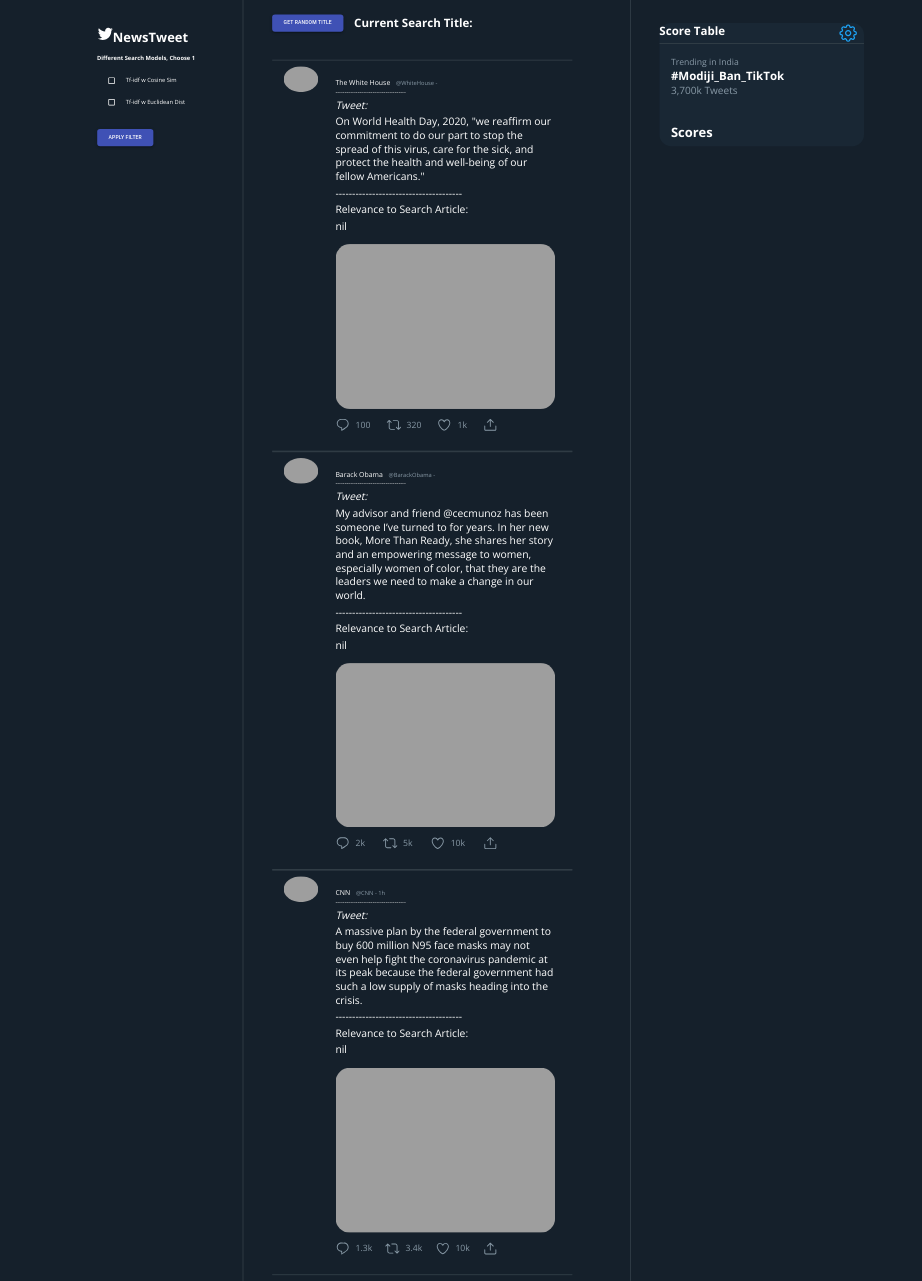
Repository: Dustyik/IR-tweets---disaster-
Page: / (app in Frontend/)
The author's editor kept a copy of each file at every save. The page is drawn from the files as they stood at one save, then again after the next save.
The browser window is 1280 px wide. The pictures show the whole page, at 72% of full size.
Pictures or frames that could not be fetched are drawn as grey boxes. The page's requests for data from a server got no answer. The project was rebuilt for these pictures with package versions that can differ from the ones it lists, and the page was loaded fresh each time. No one was signed in, and anything a server would have sent is missing. Also part of the build but not shown: Frontend/src/components/trending/FollowSuggestionCard.js, Frontend/src/styles/FollowList.css, Frontend/src/components/trending/FollowSuggestionsList.js, Frontend/src/components/StatusCard.js, Frontend/src/pages/Status.js, Frontend/src/components/profile/ProfileHead.js, Frontend/src/components/profile/ProfileDetails.js, Frontend/src/styles/Profile.css and 1 more.

Above is the page before, as saved 2021-08-04 19:52:17.

### Frontend/public/index.html
<!DOCTYPE html>
<html lang="en">

<head>
  <meta charset="utf-8" />
  <link rel="icon" href="%PUBLIC_URL%/favicon.ico" />
  <meta name="viewport" content="width=device-width, initial-scale=1" />
  <meta name="theme-color" content="#000000" />
  <meta name="description" content="Web site created using create-react-app" />
  <link rel="apple-touch-icon" href="%PUBLIC_URL%/logo192.png" />
  <link href="https://fonts.googleapis.com/css2?family=Open+Sans:wght@400;700&display=swap" rel="stylesheet">
  <!--
      manifest.json provides metadata used when your web app is installed on a
      user's mobile device or desktop. See https://developers.google.com/web/fundamentals/web-app-manifest/
    -->
  <link rel="manifest" href="%PUBLIC_URL%/manifest.json" />
  <!--
      Notice the use of %PUBLIC_URL% in the tags above.
      It will be replaced with the URL of the `public` folder during the build.
      Only files inside the `public` folder can be referenced from the HTML.

      Unlike "/favicon.ico" or "favicon.ico", "%PUBLIC_URL%/favicon.ico" will
      work correctly both with client-side routing and a non-root public URL.
      Learn how to configure a non-root public URL by running `npm run build`.
    -->
  <title>React App</title>
</head>

<body>
  <noscript>You need to enable JavaScript to run this app.</noscript>
  <div id="root"></div>
  <!--
      This HTML file is a template.
      If you open it directly in the browser, you will see an empty page.

      You can add webfonts, meta tags, or analytics to this file.
      The build step will place the bundled scripts into the <body> tag.

      To begin the development, run `npm start` or `yarn start`.
      To create a production bundle, use `npm run build` or `yarn build`.
    -->
</body>

</html>

### Frontend/src/App.js
import React from 'react';
import { BrowserRouter as Router, Route } from 'react-router-dom';
import './App.css';
import { Sidebar } from './components/Sidebar';
import { Home } from './pages/Home';
import { Trending } from './components/trending/Trending';
import { GlobalProvider } from './context/GlobalState';
import { Status } from './pages/Status';
import ScrollToTop from './utils/ScrollToTop';
import { Profile } from './pages/Profile';

function App() {
  return (
    <GlobalProvider >
      <Router >

        <ScrollToTop>
          <div className="App">
            <div className="side-nav">
              <Sidebar />
            </div>
            <div className="main trending">

              <Route exact path="/" component={Home} />
              { /*
              <Route exact path="/:id" component={Profile} />
              <Route exact path="/status/:id" component={Status} />
              */}


            </div>

            <div className="trending">
              <Trending />
            </div>
          </div>
        </ScrollToTop>

      </Router>
    </GlobalProvider>
  );
}

export default App;

### Frontend/src/App.css
:root {
    --body-bg        : rgb(21, 32, 43);
    --sky-blue       : rgba(29, 161, 242, 1.00);
    --light          : rgba(255, 255, 2555);
    --grey           : rgb(136, 153, 166);
    --border         : rgb(56, 68, 77);
    --thick-border   : rgb(37, 51, 65);
    --thick-border   : rgb(37, 51, 65);
    --card-background: rgb(25, 39, 52);
}

body {
    background-color: var(--body-bg);
    font-family     : 'Open Sans', sans-serif;
    padding         : 0;
    margin          : 0;
    color           : var(--light);
}

html {
    font-size: 8px;
}

::-webkit-input-placeholder {
    /* Chrome/Opera/Safari */
    font-size  : 2.5rem;
    color      : #9197a3;
    font-weight: 400;
}

::-moz-placeholder {
    /* Firefox 19+ */
    font-size  : 2.5rem;
    color      : #9197a3;
    font-weight: 400;
}

:-ms-input-placeholder {
    /* IE 10+ */
    font-size  : 2.5rem;
    color      : #9197a3;
    font-weight: 400;
}

:-moz-placeholder {
    /* Firefox 18- */
    font-size  : 2.5rem;
    color      : #9197a3;
    font-weight: 400;
}

.App {
    display              : grid;
    grid-template-columns: 2.5fr 4fr 3fr;
}

.side-nav {
    padding-left: 40%;
    padding-top : 3rem;
}

.side-nav svg {
    fill : var(--light);
    width: 2.75rem;
}

.side-nav svg:hover {
    fill: var(--sky-blue);
}

.side-nav-item {
    padding: 2rem 0;

}

.side-nav .side-nav-item .side-nav-text {
    font-size     : 2.25rem;
    font-weight   : 700;
    color         : var(--light);
    padding-left  : 3rem;
    vertical-align: bottom;
}

.avatar {
    display: inline;
}

.avatar img {
    border-radius: 50%;
}


/* helper classes */
.p-0 {
    padding: 0
}


.pl-0 {
    padding-left: 0
}

.p-1 {
    padding: 1rem;
}

.p-2 {
    padding: 2rem
}

.pr-0 {
    padding-right: 0
}

.pb-1 {
    padding-bottom: 1rem;
}

.m-0 {
    margin: 0
}

.mb-0 {
    margin-bottom: 0;
}

.text-center {
    text-align: center;
}

.w-100 {
    width: 100%;
}

.pl-1 {
    padding-left: 1rem;
}

.pr-1 {
    padding-right: 1rem;
}

ul {
    list-style: none;
}

.flex-align-center {
    display    : flex;
    align-items: center;
}

.flex-space-between {
    display        : flex;
    justify-content: space-between;
}

.inline-block {
    display: inline-block;

}


.btn {
    color      : var(--light);
    font-weight: 700;
    cursor     : pointer;
    border     : none;
    background : transparent;
}

.tweet-btn {
    border-radius   : 4rem;
    font-size       : 2rem;
    padding         : 1.5rem;
    background-color: var(--sky-blue);
    width           : 80%;
}

.follow-btn {
    border-radius: 3rem;
    font-size    : 2rem;
    padding      : 0.5rem;
    font-weight  : 700;
    color        : var(--sky-blue);
    border       : 1px solid var(--sky-blue);
}

.pointer {
    cursor: pointer;
}

.bold-dull-para {
    font-size: 1.75rem;
    color    : var(--grey);
}

a {
    text-decoration: none;
    color          : inherit;
}

h1 {
    font-size  : 2.25rem;
    font-weight: 700;
    color      : var(--light);
}

h2 {
    font-size  : 2rem;
    font-weight: 700;
    color      : var(--light);
}

input:focus {
    outline: none;
}

### Frontend/src/components/Sidebar.js
import React, {useState, useContext} from 'react';
import { Logo, HomeIcon, ExploreIcon, NotificationIcon, MessageIcon, BookmarkIcon, ListsIcon, MoreIcon } from '../images/svg/svgs';
import { SmallAvatar } from '../images/avatars';
import { Checkbox } from '@material-ui/core';
import { Button } from '@material-ui/core';
import * as API from "../apifunctions"
import { GlobalContext } from '../context/GlobalState'
import { uniqueNamesGenerator, Config, adjectives, colors, animals } from 'unique-names-generator';


const SEARCH_MODELS = ["Tf-idf w Cosine Sim", "Tf-idf w Euclidean Dist"]

export const Sidebar = () => {
    const profImageurl = 'https://pbs.twimg.com/profile_images/1247964769669136385/KVCROk2D_bigger.jpg';
    const [searchModelsLocalState, setSearchModelsLocalState] = useState([])

    const {setSearchModels, searchModels, title, removeAllTweets, addTweet, addRankingScore, getRankingScore} = useContext(GlobalContext);

    const checkBoxToggled = (event) => {
        const id = event.id
        const checkValue = event.checked

        if (checkValue){
            setSearchModels(id)
            setSearchModelsLocalState(id)
        }
    }

    const applyFilter = () => {
        API.applySearchFilters(searchModels, title.title, title.id).then(
            res => {
                removeAllTweets()
                const data = JSON.parse(res.data.pandas_data)
                const ranking = res.data.ranking_score
                addRankingScore(ranking)

                const relevanceData = data.relevance
                const tweetData = data.text
                const tweetIdData = data.id
                const relatedArticlesData = data.related_article

                for (let i = 0; i < Object.keys(relevanceData).length; i++){
                    let pxSize = 140 + i*3
                    const newTweet = {
                        name: uniqueNamesGenerator({dictionaries: [adjectives, colors, animals]}),
                        tweet: tweetData[i],
                        relevance: relevanceData[i],
                        image: `https://placeimg.com/${pxSize}/${pxSize}/any`
                    }
                    addTweet(newTweet)
                }
            }
        )
    }

    const createCheckBoxes = () =>
        SEARCH_MODELS.map((e) => {

            return (
                <div>
                <Checkbox
                size = "medium"
                id = {e}
                onChange = {(e) => checkBoxToggled(e.target)}
                checked = {searchModelsLocalState == e}
                >
                </Checkbox>
                {e}

                </div>
            )
        }
    )


    const checkBoxes = createCheckBoxes()

    return (
        <div>
            <div className="side-nav-header">

                <h1>
                <Logo />
                    NewsTweet
                </h1>
            </div>
            <h4>
                Different Search Models,
                Choose 1
            </h4>



            {checkBoxes}

            <div>
                &nbsp;
            </div>
            <div>
                &nbsp;
            </div>

            <Button
                onClick = {applyFilter}
                variant="contained" color="primary">
                Apply Filter
            </Button>



        </div>
    )
}

### Frontend/src/pages/Home.js
import React, { useState, useEffect, useContext } from 'react';
import '../styles/Main.css';
import { TweetList } from '../components/TweetList';
import { SearchIcon } from '../images/svg/svgs'
import * as API from "../apifunctions"
import { Button } from '@material-ui/core';
import { GlobalContext } from '../context/GlobalState'


export const Home = () => {
    const [titlesState, setTitlesState] = useState([])
    const { title, setTitle } = useContext(GlobalContext);


    useEffect(() => {
        API.getTitles().then(
            res => {
                const data = JSON.parse(res.data);
                const titlesData = data.title
                const idData = data.id
                var values = []
                for (let i = 0; i < Object.keys(titlesData).length; i++){
                    values.push({
                        title: titlesData[i],
                        id: idData[i]
                    })
                }
                setTitlesState(values)
            }
        ).catch(
            err => console.log("Error fetching titles", err)
        )
    }, [])

    const randomButtonClick = () => {
        const randomElement = titlesState[Math.floor(Math.random() * titlesState.length)];
        setTitle(randomElement)
    }

    return (
        <>
            <div style = {{display:"flex", flexDirection:"row", alignItems:"center"}}>
            {/*
            <div className="search-box flex-align-center">
                    <SearchIcon />
                    <input placeholder="Search Our Corpus Using Headlines" className="search-input w-100" type="text" />
            </div>
            */}
            <Button
                onClick = {randomButtonClick}
                variant="contained"
                style = {{height:"50%", marginRight:"15px"}}
                color="primary">
                Get Random Title
            </Button>

            <h2 style = {{display:"flex", alignItems:"center", textAlign:"center"}}>
                Current Search Title:
            </h2>

            </div>


            <h2 style = {{display:"flex", justifyContent:"center"}}>
               {title.title}
            </h2>
                {/*
            <NewTweet />
                */}
            <div className="tweets">
                <TweetList />
            </div>
        </>
    )
}

### Frontend/src/components/trending/Trending.js
import React from 'react';
import '../../styles/Trending.css';
import { SearchIcon } from '../../images/svg/svgs'
import { TrendsList } from './TrendsList';
import { FollowSuggestionsList } from './FollowSuggestionsList';


export const Trending = () => {
    return (
        <>
            <div>

                <div className="trends-list m-0">

                    <TrendsList />

                    <h1>
                    Scores
                    </h1>
                </div>
                {/*
                <div className="follow-list">
                    <FollowSuggestionsList />
                </div>
                */}
            </div>
        </>
    )
}

### Frontend/src/utils/ScrollToTop.js
import React, { useEffect, Fragment } from 'react';
import { withRouter } from 'react-router-dom';

function ScrollToTop({ history, children }) {
    useEffect(() => {
        const unlisten = history.listen(() => {
            window.scrollTo(0, 0);
        });
        return () => {
            unlisten();
        }
    }, []);

    return <Fragment>{children}</Fragment>;
}

export default withRouter(ScrollToTop);

### Frontend/src/images/avatars.js
import React from 'react'

export const SmallAvatar = ({ width, image }) => {
    return (
        <div className="avatar">
            <img width={width} src={image} alt="avatar" />
        </div>
    )
}

### Frontend/src/apifunctions.js
import axios from 'axios';

export const getTitles = () => {
    console.log("get Titles called")
    return axios.get("http://localhost:5000/getTitles")
}

export const applySearchFilters = (data, title, id) => {
    return axios.post("http://localhost:5000/applySearchModels", {
            data: data,
            queryTitle: title,
            articleId: id

        }
    )
}

### Frontend/src/styles/Main.css
/* main styles */
.main {
    border-left : 1px solid var(--border);
    border-right: 1px solid var(--border);
    ;
}

.home {
    padding-left : 2.5rem;
    border-bottom: 1px solid var(--border);
}

.new-tweet {
    padding              : 1rem;
    display              : grid;
    grid-template-columns: 1fr 9fr;
    border-bottom        : 1rem solid var(--thick-border);
}

.new-tweet .left,
.right {
    padding: 0 1rem;
}

.new-tweet input {
    padding    : 2rem 0;
    background : transparent;
    border     : none;
    color      : var(--light);
    font-size  : 2rem;
    font-weight: 700;
}

.new-tweet-options {
    padding-right  : 1rem;
    display        : flex;
    justify-content: space-between;
    align-items    : center;
}

.new-tweet .add-icons {
    margin-right: 1rem;
}

.new-tweet .add-icons svg {
    width  : 3rem;
    fill   : var(--sky-blue);
    padding: 1rem;
}

.new-tweet .add-icons svg:first-child {
    padding-left: 0;
}

### Frontend/src/components/TweetList.js
import React, { useContext } from 'react'
import TweetCard from './TweetCard'
import { GlobalContext } from '../context/GlobalState'

export const TweetList = () => {
    const { tweets } = useContext(GlobalContext);

    return (
        <>
            {tweets.map((tweet, index) => (<TweetCard key={index} tweet={tweet} />))}
        </>
    )
}

### Frontend/src/styles/Trending.css
.trending {
    padding: 1rem 10rem 1rem 5rem;
}

.trending .search-box {
    width     : 100%;
    background: transparent;

    background-color: var(--thick-border);
    border-radius   : 5rem;
    border          : none;
}

.trending .search-box svg {
    width       : 3rem;
    fill        : var(--grey);
    padding-left: 1rem;

}

.trending .search-box input {
    padding   : 1.5rem;
    font-size : 2rem;
    width     : 100%;
    background: transparent;
    border    : none;
    color     : var(--light);
}

.trends-list {
    background-color: var(--card-background);
    border-radius   : 2rem;
    margin-top      : 3rem;
}

.trends-list h1 {
    padding: 1rem 2rem;

}

.trends-for-you {
    padding-right: 1rem;
}

.trends-for-you svg {
    width: 3.5rem;
    fill : var(--sky-blue);
}

.trends-card {
    border-top   : 1px solid var(--border);
    border-bottom: 1px solid var(--border);
    padding      : 2rem;
}

.trends :last-child {
    border-bottom: none;
}

.trends-topic {
    font-size: 1.5rem;
    color    : var(--grey);
}

.trend-tweet-count {
    font-size: 1.75rem;
    color    : var(--grey);
}



.trending ::-webkit-input-placeholder {
    /* Chrome/Opera/Safari */
    font-size  : 2rem;
    color      : #9197a3;
    font-weight: 400;
}

.trending ::-moz-placeholder {
    /* Firefox 19+ */
    font-size  : 2rem;
    color      : #9197a3;
    font-weight: 400;
}

.trending :-ms-input-placeholder {
    /* IE 10+ */
    font-size  : 2rem;
    color      : #9197a3;
    font-weight: 400;
}

.trending :-moz-placeholder {
    /* Firefox 18- */
    font-size  : 2rem;
    color      : #9197a3;
    font-weight: 400;
}

### Frontend/src/components/trending/TrendsList.js
import React, {useContext} from 'react';
import { Trend } from '../trending/Trend';
import { SettingsIcon } from '../../images/svg/svgs';

import { GlobalContext } from '../../context/GlobalState'


export const TrendsList = () => {

    const {rankingModel} = useContext(GlobalContext);


    const trends = [
        {
            name: '#Modiji_Ban_TikTok',
            topic: 'Trending in India',
            tweets: '3,700k'
        }
    ]
    return (
        <div>
            <div className="trends-for-you flex-space-between">
                <h2 className="m-0">Score Table</h2>
                <SettingsIcon />
            </div>
            <div>
                {rankingModel}
                {console.log("scores", rankingModel)}
            </div>
            <div className="trends">
                {trends.map(trend => (<Trend trend={trend} />))}
            </div>
        </div>
    )
}

### Frontend/src/context/AppReducer.js
const MAX = 30
const MIN = 0

export default (state, action) => {
    switch (action.type) {

        case "ADD_RANKING_SCORE":
            return {
                ...state,
                rankingModel: [...state.rankingModel, action.payload]
            }


        case 'DELETE_TRANSACTION':
            return {
                ...state,
                transactions: state.transactions.filter(transaction => transaction.id !== action.payload)
            }
        case 'ADD_TWEET':
            const newTweet = {
                user: {
                    name: action.payload.name,
                    image: action.payload.image,
                    handle: `@${action.payload.name}`,
                },
                tweet: {
                    content: action.payload.tweet,
                    image: null,
                    comments: Math.floor(Math.random()*(MAX-MIN)+MIN),
                    retweets: Math.floor(Math.random()*(MAX-MIN)+MIN),
                    likes: Math.floor(Math.random()*(MAX-MIN)+MIN),
                    relevance: action.payload.relevance
                }
            };
            return {
                ...state,
                tweets: [...state.tweets, newTweet]
            }

        case "SET_TITLE":
            return {
            ...state,
            title: action.payload
        }

        case "SET_SEARCH_MODEL":
            return {
            ...state,
            searchModels: action.payload
        }

        case "REMOVE_ALL_TWEETS":
            return {
            ...state,
            tweets: []
        }


        default:
            return state
    }
}

### Frontend/src/components/trending/Trend.js
import React from 'react'

export const Trend = ({ trend }) => {
    return (
        <div className="trends-card">
            <p className="trends-topic m-0">{trend.topic}</p>
            <h2 className="m-0">{trend.name}</h2>
            <p className="trend-tweet-count m-0">{trend.tweets} Tweets</p>
        </div>
    )
}

### Frontend/src/styles/StatusCard.css
.tweets {}

.status-card {
    /* padding              : 1rem;
    display                 : grid;
    grid-template-columns   : 1fr 9fr; */
    border-bottom           : 0.5px solid var(--border);
    border-top              : 0.5px solid var(--border);

}

.status-card .left,
.right {
    padding: 2rem;
}

.status-card .left {
    display    : flex;
    align-items: center;

}

.status-card .right {
    padding-top: 0;
}

.status-card .status-card-name {
    font-size    : 2rem;
    font-weight  : 700;
    padding-right: 1rem;
}

.status-card .status-card-handle,
.status-card-time {
    font-size: 1.5rem;
    color    : var(--grey);
}

.status-card .status-card-body .status-card-content p {
    font-size : 2.5rem;
    margin-top: .5rem;
}

.status-card .status-card-body .status-card-image {
    margin-top: 2rem;
}

.status-card .status-card-body .status-card-image img {
    width        : 100%;
    border-radius: 20px;
}

.status-card .status-card-footer {
    padding-right: 10rem;
    display      : flex;

    justify-content: space-around;
    padding-top    : 1rem;
    width          : 100%;
}

.status-card .status-card-footer svg {
    fill : var(--grey);
    width: 2.5rem;
}

.status-card .status-card-footer .tweet-cars-icon {
    line-height : 2;
    font-size   : 1.5rem;
    color       : var(--grey);
    padding-left: 1rem;
}

.status {
    display    : flex;
    align-items: center;
    padding    : 0 2rem;
    display    : flex;
    align-items: center;
}

.status h1 {
    display     : inline-block;
    padding-left: 1rem;
}

.status svg {
    width: 4rem;
    fill : var(--sky-blue);
}

### Frontend/src/styles/TweetCard.css
.tweets {}

.tweet-card {
    padding              : 1rem;
    display              : grid;
    grid-template-columns: 1fr 9fr;
    border-bottom        : 0.5px solid var(--border);
    border-top           : 0.5px solid var(--border);

}

.tweet-card .left,
.right {
    padding: 0 1rem;
}

.tweet-card .tweet-card-head .tweet-card-name {
    font-size    : 1.2rem;
    font-weight  : 300;
    padding-right: 1rem;
}

.tweet-card .tweet-card-head .tweet-card-name:hover {
    text-decoration: underline;
}

.tweet-card .tweet-card-head .tweet-card-handle,
.tweet-card-time {
    font-size: rem;
    color    : var(--grey);
}

.tweet-card .tweet-card-body .tweet-card-content p {
    font-size : 1.8rem;
    margin-top: .5rem;
}

.tweet-card .tweet-card-body .tweet-card-image {
    margin-top: 2rem;
}

.tweet-card .tweet-card-body .tweet-card-image img {
    width        : 100%;
    border-radius: 20px;
}

.tweet-card .tweet-card-footer {
    padding-right  : 10rem;
    display        : flex;
    justify-content: space-between;
    padding-top    : 1rem;
}

.tweet-card .tweet-card-footer svg {
    fill : var(--grey);
    width: 2.5rem;
}

.tweet-card .tweet-card-footer .tweet-cars-icon {
    line-height : 2;
    font-size   : 1.5REM;
    color       : var(--grey);
    padding-left: 1rem;
}

Loaded but not shown: Frontend/src/index.js (common file); Frontend/src/images/svg/svgs.js (66 lines, source omitted); Frontend/src/context/GlobalState.js (124 lines, source omitted); Frontend/src/components/TweetCard.js (67 lines, source omitted)

After the next save:
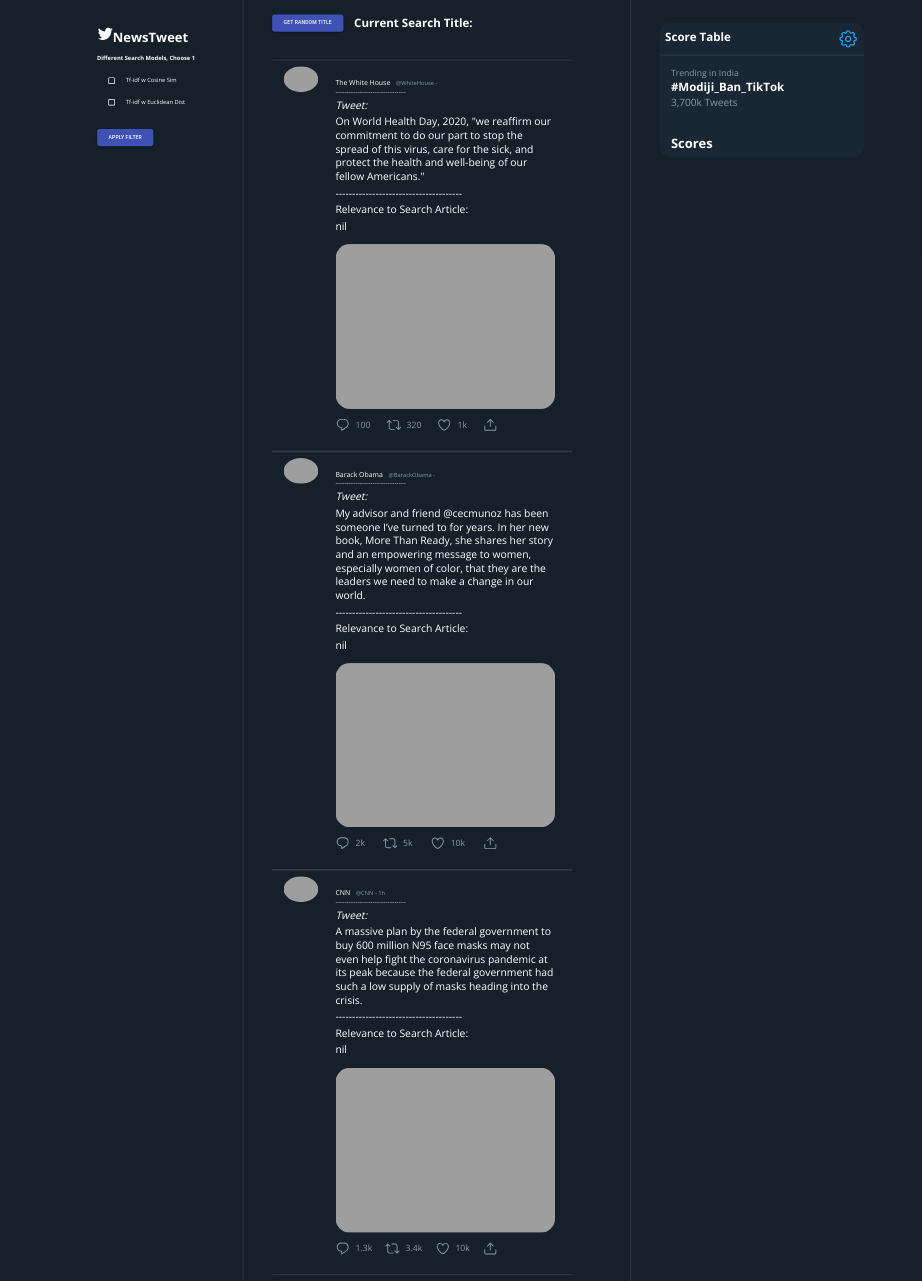
Saved 38 s later.
--- a/Frontend/src/styles/Trending.css
+++ b/Frontend/src/styles/Trending.css
@@ -39,7 +39,7 @@
 }
 
 .trends-for-you {
-    padding-right: 1rem;
+    padding: 1rem;
 }
 
 .trends-for-you svg {
